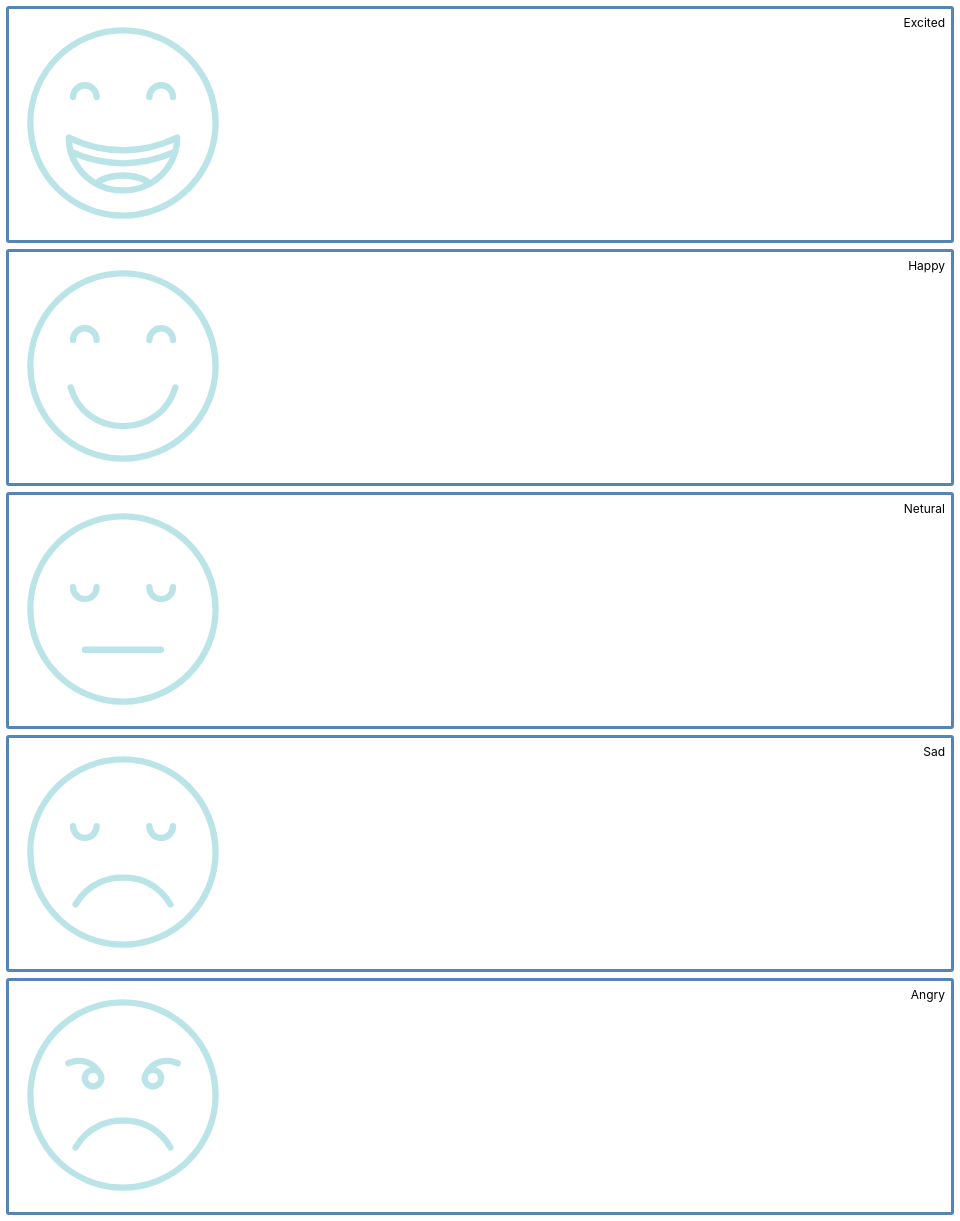
Repository: majakesin/moodify-app
Page: /
The author's editor kept a copy of each file at every save. The page is drawn from the files as they stood at one save, then again after the next save.
The browser window is 1280 px wide. The pictures show the whole page, at 75% of full size.
The project was rebuilt for these pictures with package versions that can differ from the ones it lists, and the page was loaded fresh each time.

Above is the page before, as saved 2023-08-21 11:46:24.

After the next save:
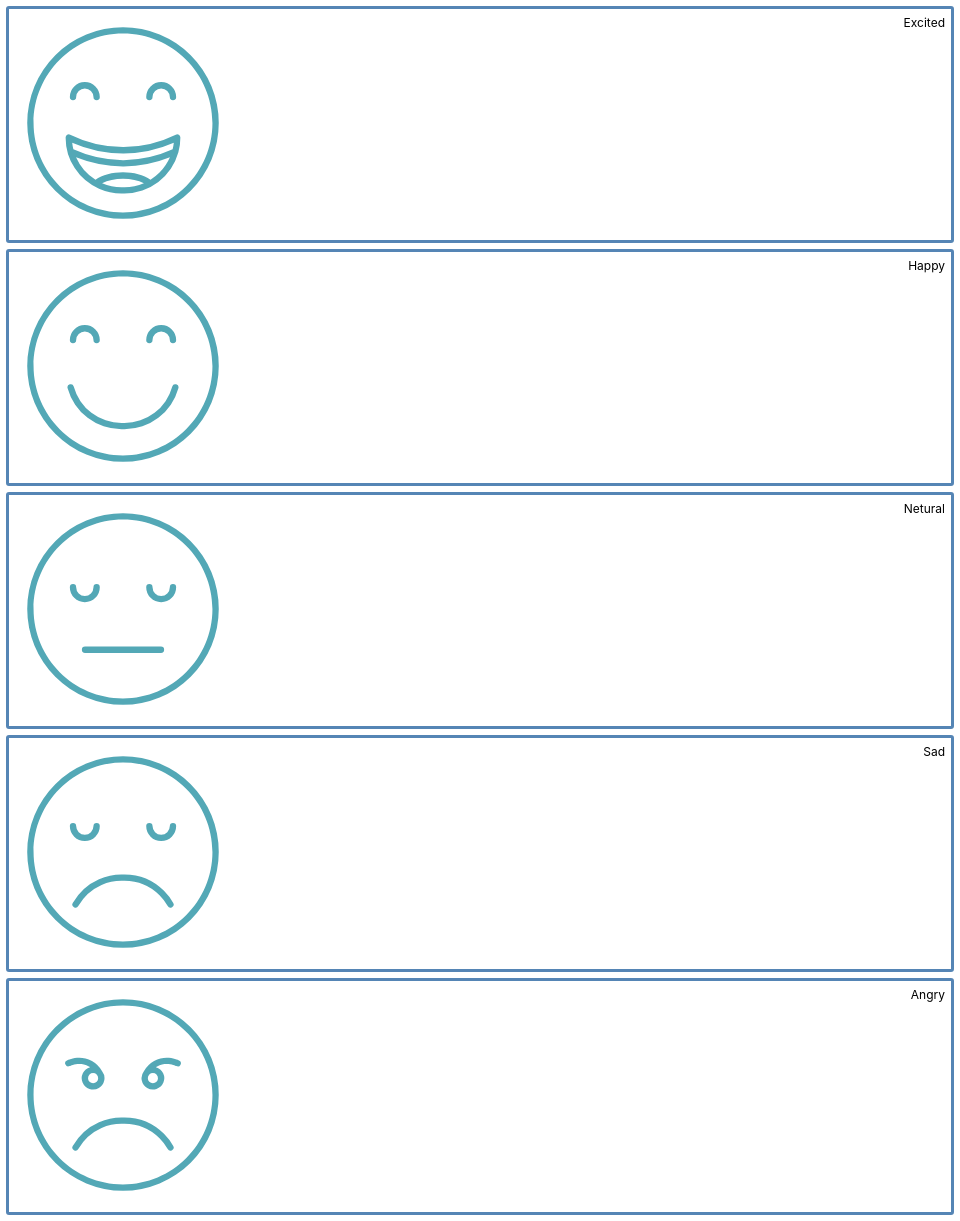
Saved 9 s later.
--- a/src/components/Mood/index.module.css
+++ b/src/components/Mood/index.module.css
@@ -11,5 +11,5 @@
 }
 
 .icon {
-    color: var(--fourth-color);
+    color: var(--second-color);
 }
